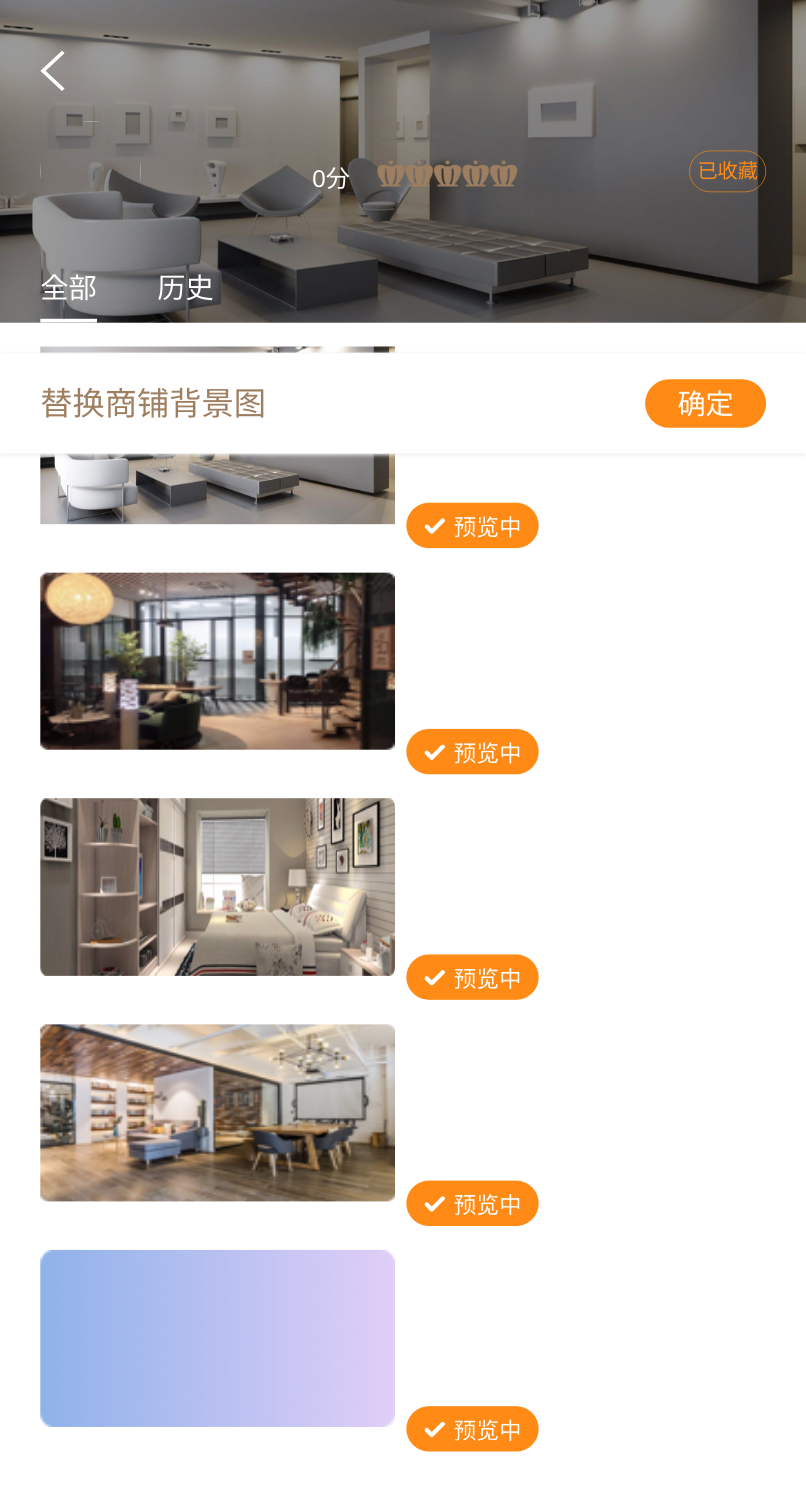
Repository: missing-star/rockBridge
Page: shop-set-bg.html
An editor plug-in stored every save of this project. The page is shown before and after the next save, followed by the edit.
The browser window is 1280 px wide. The pictures show the whole page, at 63% of full size.

Above is the page before, as saved 2019-05-16 18:02:38.

### shop-set-bg.html
<!DOCTYPE html>
<html lang="en">

<head>
    <meta charset="UTF-8">
    <meta name="viewport" content="width=device-width, initial-scale=1.0, user-scalable=no,maximum-scale=1.0">
    <meta http-equiv="X-UA-Compatible" content="ie=edge">
    <meta http-equiv="Expires" content="0">
    <meta http-equiv="Pragma" content="no-cache">
    <meta http-equiv="Cache-control" content="no-cache">
    <meta http-equiv="Cache" content="no-cache">
    <link rel="stylesheet" href="assets/mui/css/mui.min.css?v=1.2.6">
    <link rel="stylesheet" href="css/common.css?v=1.2.6">
    <link rel="stylesheet" href="css/shop-detail.css?v=1.2.6">
    <link rel="stylesheet" href="css/shop-set-bg.css">
    <title>叠石桥</title>
    <!--
        店铺详情
    -->
</head>

<body>
    <div id="app">
        <!--顶部搜索栏-->
        <header class="mui-bar mui-bar-nav" :style="currentBg">
            <div class="bg-black">
                <div class="search-group">
                    <i onclick="goBack()" class="mui-icon mui-icon-arrowleft"></i>
                </div>
                <div class="shop-info">
                    <img :src="shopInfo.images" alt="" class="shop-logo">
                    <div class="shop-title">
                        <p class="shop-name">{{shopInfo.title}}</p>
                        <p class="shop-level">
                            <span class="shop-score">{{score}}分</span>
                            <span class="shop-level-icon">
                                <img v-for="n in score" class="img-level" src="imgs/crown-active.png" alt="">
                                <img class="img-level" v-for="n in (5-score)" src="imgs/crown.png" alt="">
                            </span>
                        </p>
                    </div>
                    <button class="follow active">
                        已收藏
                    </button>
                </div>
                <ul class="tab-list">
                    <li class="tab-item active" data-tab-id="0">全部</li>
                    <li class="tab-item" data-tab-id="1">历史</li>
                </ul>
            </div>
        </header>
        <div class="mui-content">
            <div class="tab-content" :class="{active:showTab == 0}">
                <div @click="previewBg(index)" v-for="index in bgList" :class="{active:currentPreview == index}" class="preview-img-wrapper">
                    <img  :src="getBg(index)" class="preview-item">
                    <img src="imgs/preview.png" class="preview-icon">
                </div>
            </div>
            <div class="tab-content goods" :class="{active:showTab == 1}">
                    <img v-for="index in bgHistory" :src="getBg(index)" class="preview-item">
            </div>
        </div>
        <!-- 联系商家 -->
        <div class="contact-business-wrapper">
            <p class="phone-number-wrapper">
                <span class="phone-number">替换商铺背景图</span>
            </p>
            <a href="javascript:;" @click="changeBg" class="contact-business-btn">确定</a>
        </div>
    </div>
    <script src="assets/vue/vue.min.js?v=1.2.6"></script>
    <script src="assets/jquery/jquery.min.js?v=1.2.6"></script>
    <script src="assets/mui/js/mui.min.js?v=1.2.6"></script>
    <script src="js/common.js?v=1.2.6"></script>
    <script src="js/shop-set-bg.js"></script>
</body>

</html>

### css/common.css
html,
body,
.mui-content {
    font-size: calc(100vw / 20);
    background: #ffffff;
}
*{
    word-break: break-all;
}
div.mui-content {
    padding: 1rem;
}

header.mui-bar.mui-bar-nav {
    background: #ffffff;
    -webkit-box-shadow: none;
            box-shadow: none;
}

nav.mui-bar.mui-bar-tab {
    background: #ffffff;
    -webkit-box-shadow: 0 0 6px 0 rgba(0, 0, 0, 0.15);
            box-shadow: 0 0 6px 0 rgba(0, 0, 0, 0.15);
}

nva.mui-bar-tab span.mui-tab-label {
    color: #9d7e60;
}

.mui-bar-tab .mui-tab-item.mui-active {
    color: #5f4831;
}

img.mui-icon.nav-bar-icon.active {
    display: inline;
}

img.mui-icon.nav-bar-icon {
    display: none;
}

p {
    margin: 0;
}

input[type=color],
input[type=date],
input[type=datetime-local],
input[type=datetime],
input[type=email],
input[type=month],
input[type=number],
input[type=password],
input[type=search],
input[type=tel],
input[type=text],
input[type=time],
input[type=url],
input[type=week],
select,
textarea {
    margin-bottom: 0;
    width: auto;
    height: auto;
    border: none;
    -webkit-box-flex: 1;
        -ms-flex: 1;
            flex: 1;
    font-size: 0.8rem;
}

input::-webkit-input-placeholder {
    color: #c2c2c2;
}

nav.mui-bar.mui-bar-tab a.mui-tab-item {
    -ms-touch-action: none;
        touch-action: none;
    height: 100%;
}

nav.mui-bar.mui-bar-tab {
    height: 3rem;
}

.mui-bar-tab .mui-tab-item .mui-icon {
    top: 3px;
    width: 1.2rem;
    height: 1.2rem;
    padding-top: 0;
    padding-bottom: 0;
    margin-bottom: 0.1rem;
}

.mui-bar-tab .mui-tab-item .mui-icon~.mui-tab-label {
    font-size: 0.5rem;
    line-height: 1rem;
}

.mui-bar-tab~.mui-content {
    padding-top: 2.5rem;
    padding-bottom: 3rem;
}

button.submit {
    background: #9d7e60;
    width: 100%;
    border: none;
    border-radius: 1rem;
    font-size: 1rem;
    line-height: 1rem;
    color: #fff;
    margin-top: 1rem;
    height: 2rem;
}

button.mui-btn.mui-btn-blue.mui-poppicker-btn-ok,
button.mui-btn.mui-btn-blue {
    color: #ff8b16;
    background: transparent;
    border: none;
    font-size: 1rem;
}

.mui-poppicker-header,
.mui-dtpicker-header {
    border-radius: 0.3rem 0.3rem 0 0;
}

button.mui-btn.mui-poppicker-btn-cancel,
.mui-dtpicker-header button {
    color: #aaaaaa;
    border: none;
    background: transparent;
    font-size: 1rem;
}

button.mui-btn.mui-poppicker-btn-cancel>img,
.mui-dtpicker-header button>img {
    width: 1rem;
}

.mui-picker-inner,
.mui-picker {
    background: #fcfcfc;
    -webkit-mask-box-image: none;
    border-radius: 0 0 0.3rem 0.3rem;
}

.mui-poppicker-body {
    border: none;
    border-radius: 0 0 0.3rem 0.3rem;
}

button.mui-btn {
    color: #aaaaaa;
    border-color: #aaaaaa;
}

.mui-dtpicker-header {
    background: #ffffff;
}

.mui-dtpicker-title h5 {
    display: none;
}

span.mui-popup-button.mui-popup-button-bold {
    color: #FF8B16;
}

span.mui-popup-button {
    color: #aaaaaa;
}

[v-cloak] {
    display: none !important;
}

.mui-poppicker.mui-active,
.mui-dtpicker.mui-active {
    margin: 0.5rem;
    width: calc(100% - 1rem);
    border-radius: 0.3rem;
}

.popicker-title,
.dt-popicker-title {
    -webkit-box-flex: 1;
        -ms-flex: 1;
            flex: 1;
    text-align: center;
    font-size: 1rem;
    color: #000000;
}

.mui-poppicker-header,
.mui-dtpicker-header {
    display: -webkit-box;
    display: -ms-flexbox;
    display: flex;
    -webkit-box-align: center;
        -ms-flex-align: center;
            align-items: center;
    -webkit-box-pack: justify;
        -ms-flex-pack: justify;
            justify-content: space-between;
    background: #eeeeee;
}

.mui-pciker-list li {
    color: #b19c88;
}

.mui-pciker-list li.highlight {
    color: #5f4831;
}

.mui-pciker-rule-ft {
    z-index: 2;
    border-top: solid 1px #ced7de;
    border-bottom: solid 1px #ced7de;
}


input::-webkit-outer-spin-button,
input::-webkit-inner-spin-button {

    -webkit-appearance: none !important;
}

input[type="number"] {
    -moz-appearance: textfield;
}
.ellipsis{
    white-space: nowrap;
    overflow: hidden;
    text-overflow: ellipsis;
}
/* 联系商家 */
.contact-business-wrapper {
    position: fixed;
    bottom: 0;
    width: 100%;
    height: 2.5rem;
    background: #FFFFFF;
    border-top: 1px solid #f6f6f6;
    -webkit-box-shadow: 0 2px 6px 0 #EBEBEB;
            box-shadow: 0 2px 6px 0 #EBEBEB;
    display: -webkit-box;
    display: -ms-flexbox;
    display: flex;
    -webkit-box-align: center;
        -ms-flex-align: center;
            align-items: center;
    -webkit-box-pack: justify;
        -ms-flex-pack: justify;
            justify-content: space-between;
    padding: 0 1rem;
}
span.phone-number {
    color: #9e7f62;
    font-size: 0.8rem;
}
a.contact-business-btn {
    background: #ff8a16;
    color: #fff;
    font-size: 0.7rem;
    border-radius: 1rem;
    padding: 0.1rem 0.8rem;
    line-height: 1rem;
}
p.phone-number-wrapper {
    display: -webkit-box;
    display: -ms-flexbox;
    display: flex;
    -webkit-box-align: center;
        -ms-flex-align: center;
            align-items: center;
    -webkit-box-pack: justify;
        -ms-flex-pack: justify;
            justify-content: space-between;
    min-width: 28%;
}
img.phone-icon {
    width: 1rem;
}

### css/shop-detail.css
header.mui-bar.mui-bar-nav {
    height: 8rem;
    background-repeat: no-repeat;
    background-size: cover;
    padding: 0;
}

.mui-bar-nav.mui-bar .mui-icon {
    margin-left: -0.5rem;
    padding: 0;
    font-size: 1.6rem;
    color: #FFFFFF;
}
input.search-input {
    background-image: url(../imgs/search.png);
    background-repeat: no-repeat;
    background-position: 0.5rem;
    background-size: 0.8rem;
    margin: 0;
    margin: 0 1rem;
    -webkit-box-shadow: 0 0 6px 0 rgba(0,0,0,0.15);
            box-shadow: 0 0 6px 0 rgba(0,0,0,0.15);
    border-radius: 1rem;
    padding-left: 1.5rem;
    font-size: 0.8rem;
    height: 100%;
    text-align: center;
}
.notice-container {
    position: relative;
    width: 2.5rem;
    display: -webkit-box;
    display: -ms-flexbox;
    display: flex;
    -webkit-box-align: center;
        -ms-flex-align: center;
            align-items: center;
}

img.notice-icon {
    width: 0.5rem;
}
.search-group {
    width: 100%;
    display: -webkit-box;
    display: -ms-flexbox;
    display: flex;
    -webkit-box-align: center;
        -ms-flex-align: center;
            align-items: center;
    -webkit-box-pack: justify;
        -ms-flex-pack: justify;
            justify-content: space-between;
    height: 1.5rem;
}
.bg-black {
    width: 100%;
    height: 100%;
    background: rgba(0,0,0,0.4);
    padding: 1rem;
    position: relative;
}
.shop-info {
    display: -webkit-box;
    display: -ms-flexbox;
    display: flex;
    -webkit-box-align: center;
        -ms-flex-align: center;
            align-items: center;
    height: 3.5rem;
    -webkit-box-pack: justify;
        -ms-flex-pack: justify;
            justify-content: space-between;
}
img.shop-logo {
    width: 2.5rem;
    height: 2.5rem;
    border-radius: 50%;
}
img.img-level {
    width: 0.7rem;
}
p.shop-name {
    color: #fff;
    font-size: 0.8rem;
    line-height: 0.8rem;
}
p.shop-level {
    color: #fff;
    font-size: 0.6rem;
    margin-top: 0.2rem;
    line-height: 0.6rem;
}
button.follow {
    background: transparent;
    border-radius: 1rem;
    color: #fff;
    font-size: 0.5rem;
    line-height: 0.8rem;
}
span.shop-level-icon {
    margin-left: 0.5rem;
}
ul.tab-list {
    margin: 0;
    padding: 0;
    list-style: none;
    color: #fff;
    display: -webkit-box;
    display: -ms-flexbox;
    display: flex;
    -webkit-box-align: center;
        -ms-flex-align: center;
            align-items: center;
    height: 1.2rem;
    position: absolute;
    bottom: 0;
}
li.tab-item {
    margin-right: 1.5rem;
    position: relative;
    height: 100%;
    line-height: 0.7rem;
    font-size: 0.7rem;
}
li.tab-item.active:after{
    content: '';
    width:100%;
    background: #fff;
    height: 0.1rem;
    position: absolute;
    bottom: 0;
    left: 0;
}
.slider, .slider-business {
    white-space: nowrap;
    overflow: hidden;
    overflow-x: scroll;
}
.slider-business-item {
    display: inline-block;
    width: 5rem;
    border-radius: 6px;
    margin-right: 10px;
    text-align: center;
}
.slider-business::-webkit-scrollbar{
    width: 0;
    height: 0;
}
.slider-business-item img {
    width: 100%;
    border-radius: 6px;
    height: 5rem;
}
p.business-item-title {
    margin-top: 0.5rem;
    font-size: 0.8rem;
    color: #333;
    line-height: 0.8rem;
    margin-bottom: 0.5rem;
}
p.business-item-content {
    font-size: 0.6rem;
    line-height: 0.6rem;
    color:#fb8433;
}
.mui-bar-nav~.mui-content{
    padding-top: 8rem;
}
p.business-top-title,p.class-title {
    font-size: 0.8rem;
    padding: 1rem 0;
    color: #000;
}
div.have-good-goods {
    display: -webkit-box;
    display: -ms-flexbox;
    display: flex;
    -webkit-box-align: center;
        -ms-flex-align: center;
            align-items: center;
    -ms-flex-wrap: wrap;
        flex-wrap: wrap;
    -webkit-box-pack: justify;
        -ms-flex-pack: justify;
            justify-content: space-between;
}
.goods-item {
    width: 48%;
    margin-bottom: 1rem;
}
img.goods-img {
    width: 100%;
    height: calc(48vw - 1rem);
    border-radius: 0.2rem;
}
.goods-info>p:first-child {
    margin: 0.2rem 0;
    font-size: 0.6rem;
    line-height: 0.8rem;
}
.goods-info>p {
    font-size: 0.8rem;
    line-height: 0.8rem;
    display: -webkit-box;
    display: -ms-flexbox;
    display: flex;
    -webkit-box-align: center;
        -ms-flex-align: center;
            align-items: center;
    -webkit-box-pack: justify;
        -ms-flex-pack: justify;
            justify-content: space-between;
}
span.eye-container {
    display: -webkit-inline-box;
    display: -ms-inline-flexbox;
    display: inline-flex;
    -webkit-box-align: center;
        -ms-flex-align: center;
            align-items: center;
}
img.view-num {
    width: 1rem;
    margin-right: 0.2rem;
}
button.reserve {
    background: #9d7e60;
    border: none;
    border-radius: 1rem;
    color: #fff;
    padding: 0 0.3rem;
    font-size: 0.6rem;
    line-height: 1rem;
}
.bottom-line {
    width: 100%;
    color: #aaa;
    font-size: 0.8rem;
    text-align: center;
    height: 2rem;
    margin-bottom: 0.5rem;
}
button.follow.active {
    color: #ff8b16;
    border-color: #ff8b16;
}

/**搜索页样式*/
div.search-page.active{
    -webkit-animation: slideIn 0.2s ease;
            animation: slideIn 0.2s ease;
    -webkit-animation-fill-mode: forwards;
            animation-fill-mode: forwards;
}
@-webkit-keyframes slideIn{
    from{
        left:100%
    }
    to{
        left:0
    }
}
@keyframes slideIn{
    from{
        left:100%
    }
    to{
        left:0
    }
}
div.search-page {
    position: fixed;
    left: 100%;
    top: 0;
    width: 100%;
    height: 100%;
    z-index: 99;
    background: #fff;
}
div.search-page.slide-out{
    -webkit-animation: slideOut 0.2s ease;
            animation: slideOut 0.2s ease;
    -webkit-animation-fill-mode: forwards;
            animation-fill-mode: forwards;
}
@-webkit-keyframes slideOut{
    from{
        left:0
    }
    to{
        left:100%
    }
}
@keyframes slideOut{
    from{
        left:0
    }
    to{
        left:100%
    }
}
div.search-page>header {
    padding: 15px;
    display: -webkit-box;
    display: -ms-flexbox;
    display: flex;
    -webkit-box-align: center;
        -ms-flex-align: center;
            align-items: center;
    -webkit-box-pack: justify;
        -ms-flex-pack: justify;
            justify-content: space-between;
}
img.icon-back {
    width: 0.6rem;
}
span.cancel-search {
    white-space: nowrap;
    color: #333;
    padding: 0.5rem 0;
    font-size: 0.8rem;
}
p.business-detail>span:first-child{
	font-size: 0.8rem;
	line-height: 0.8rem;
    margin-bottom: 0.2rem;
    display: -webkit-box;
    display: -ms-flexbox;
    display: flex;
    -webkit-box-align: center;
        -ms-flex-align: center;
            align-items: center;
}

p.business-detail>span:last-child{
	font-size: 0.6rem;
	line-height: 0.6rem;
}

ul.tab-bar {
    margin: 0;
    list-style: none;
    padding-left: 15px;
}

li.tab-bar-item{
    display: inline-block;
    text-align: center;
    color:#888888;
    font-size: 0.8rem;
    width: 3rem;
    height: 1.5rem;
    position: relative;
    margin-right: 1rem;
    line-height: 0.9rem;
}
li.tab-bar-item.active{
    color:#5e452d;
}
li.tab-bar-item.active:after {
    content: '';
    width: 100%;
    height: 3px;
    position: absolute;
    bottom: 0;
    left: 0;
    background: #5e452d;
}
header.history-header,header.hot-header {
    margin-top: 1rem;
    display: -webkit-box;
    display: -ms-flexbox;
    display: flex;
    -webkit-box-align: center;
        -ms-flex-align: center;
            align-items: center;
    -webkit-box-pack: justify;
        -ms-flex-pack: justify;
            justify-content: space-between;
    padding: 0 15px;
}
p.search-history-title,p.search-hot-title {
    font-size: 0.7rem;
}
img.icon-delete {
    width: 0.8rem;
}
ul.history-list ,ul.hot-list{
    list-style: none;
    margin-top: 1rem;
    padding: 0 15px;
}
li.list-item {
    display: inline-block;
    padding: 0.2rem 1rem;
    background: #f6f6f6;
    border-radius: 100px;
    color:#666666;
    font-size: 0.6rem;
    margin-right: 0.6rem;
    margin-bottom: 0.4rem;
}
.input-group {
    position: relative;
    -webkit-box-flex: 1;
        -ms-flex: 1;
            flex: 1;
    margin: 0 1rem;
    height: 1.5rem;
}
img.clear-icon {
    position: absolute;
    top: 0.3rem;
    right: 0.4rem;
    width: 0.8rem;
}
input.search-page-input {
    height: 100%;
    background: url(../imgs/search.png) no-repeat;
    background-position: 0.2rem;
    background-size: 0.8rem;
    margin: 0;
    -webkit-box-shadow: 0 0 6px 0 rgba(0,0,0,0.15);
            box-shadow: 0 0 6px 0 rgba(0,0,0,0.15);
    border-radius: 1rem;
    padding-left: 1.3rem;
    font-size: 0.6rem;
    width: 100%;
}
p.name {
    color: #333333;
    text-align: center;
    font-size: 0.8rem;
    line-height: 1rem;
}
p.price {
    color: #ff4404;
    text-align: center;
    font-size: 0.6rem;
    line-height: 1rem;
}
.tab-content {
    display: none;
}
.tab-content.active {
    display: block;
}
.tab-content.goods.active {
    padding-top: 1rem;
}
.comments-score {
    display: -webkit-box;
    display: -ms-flexbox;
    display: flex;
    -webkit-box-align: center;
        -ms-flex-align: center;
            align-items: center;
    -webkit-box-pack: justify;
        -ms-flex-pack: justify;
            justify-content: space-between;
}
img.comments-icon {
    width: 0.75rem;
    margin: 0 0.1rem;
}
.score-show,.star-container,.good-percent {
    -webkit-box-shadow: 0px 2px 6px 0px rgba(0,0,0,0.15);
            box-shadow: 0px 2px 6px 0px rgba(0,0,0,0.15);
    display: -webkit-box;
    display: -ms-flexbox;
    display: flex;
    -webkit-box-align: center;
        -ms-flex-align: center;
            align-items: center;
    -webkit-box-pack: center;
        -ms-flex-pack: center;
            justify-content: center;
    -webkit-box-orient: vertical;
    -webkit-box-direction: normal;
        -ms-flex-direction: column;
            flex-direction: column;
    padding: 0.5rem;
    border-radius: 5px;
    min-height: 3.7rem;
}
.score-show>p.score,.good-percent>p.number {
    color: #ff8b16;
    font-size: 1.2rem;
    line-height: 1.2rem;
}
.score-show>p.title,.good-percent>p.title {
    color: #333333;
    font-size: 0.7rem;
    line-height: 1rem;
    margin-top: 0.2rem;
}
p.score-star {
    margin-top: 0.02rem;
}
.star-container {
    -webkit-box-flex: 1;
        -ms-flex: 1;
            flex: 1;
    margin: 0 0.3rem;
}
.star-container>p {
    font-size: 0.7rem;
    color: #333333;
}
img.user-logo {
    width: 2.5rem;
    height: 2.5rem;
    border-radius: 50%;
}
ul.comments-list {
    list-style: none;
    padding: 0;
}
.user-info {
    display: -webkit-box;
    display: -ms-flexbox;
    display: flex;
    -webkit-box-align: center;
        -ms-flex-align: center;
            align-items: center;
    -webkit-box-pack: justify;
        -ms-flex-pack: justify;
            justify-content: space-between;
    border-bottom: 1px solid #eeeeee;
    padding-bottom: 0.2rem;
}
.left-part {
    display: -webkit-box;
    display: -ms-flexbox;
    display: flex;
    -webkit-box-align: center;
        -ms-flex-align: center;
            align-items: center;
    -webkit-box-pack: justify;
        -ms-flex-pack: justify;
            justify-content: space-between;
}
p.user-nickname {
    display: -webkit-box;
    display: -ms-flexbox;
    display: flex;
    -webkit-box-orient: vertical;
    -webkit-box-direction: normal;
        -ms-flex-direction: column;
            flex-direction: column;
    padding-left: 0.5rem;
}
img.like-icon {
    width: 0.6rem;
}
p.like {
    font-size: 0.75rem;
    line-height: 1rem;
    color: #333333;
    display: -webkit-box;
    display: -ms-flexbox;
    display: flex;
    -webkit-box-align: center;
        -ms-flex-align: center;
            align-items: center;
    -webkit-box-pack: end;
        -ms-flex-pack: end;
            justify-content: flex-end;
}
span.username {
    color: #333333;
    font-size: 0.8rem;
    line-height: 1rem;
}
span.score {
    color: #aaaaaa;
    font-size: 0.6rem;
    line-height: 1rem;
}
p.show-date {
    color: #aaaaaa;
    font-size: 0.75rem;
    line-height: 1rem;
}
span.like-num {
    padding-left: 0.2rem;
    padding-top: 0.2rem;
}
.comments-content {
    padding-top: 0.5rem;
    font-size: 0.7rem;
    line-height: 1rem;
    color: #333333;
}
.shop-reply {
    background: #eeeeee;
    font-size: 0.7rem;
    margin-top: 0.5rem;
    line-height: 1rem;
    border-radius: 0.2rem;
    padding: 0.2rem;
    color:#aaaaaa;
}
li.comments-item{
    position: relative;
    margin-bottom: 2rem;
}
li.comments-item:after {
    content: '';
    position: absolute;
    background: #f6f6f6;
    height: 4px;
    width: 100%;
    bottom: -1rem;
}
button.comments-btn {
    position: fixed;
    bottom: 0;
    left: 0;
    width: 100vw;
    font-size: 0.9rem;
    line-height: 1.2rem;
    border: none;
    background: #9d7e60;
    border-radius: 0px;
    color: #ffffff;
    padding: 0.5rem;
}
.show-imgs {
    display: -webkit-box;
    display: -ms-flexbox;
    display: flex;
    -webkit-box-align: center;
        -ms-flex-align: center;
            align-items: center;
    margin-top: 0.5rem;
}
img.show-img-item {
    width: 30%;
    margin: 0 1%;
    height: 5rem;
    border-radius: 0.2rem;
}

### css/shop-set-bg.css
img.preview-item {
    width: 44vw;
    height: 22vw;
    margin: 3vw 0;
}
.tab-content.active {
    display: flex;
    align-items: center;
    justify-content: space-between;
    flex-wrap: wrap;
}

Loaded but not shown: assets/mui/css/mui.min.css (library); assets/vue/vue.min.js (library); assets/jquery/jquery.min.js (library); assets/mui/js/mui.min.js (library); js/common.js (224 lines, source omitted); js/shop-set-bg.js (81 lines, source omitted)

After the next save:
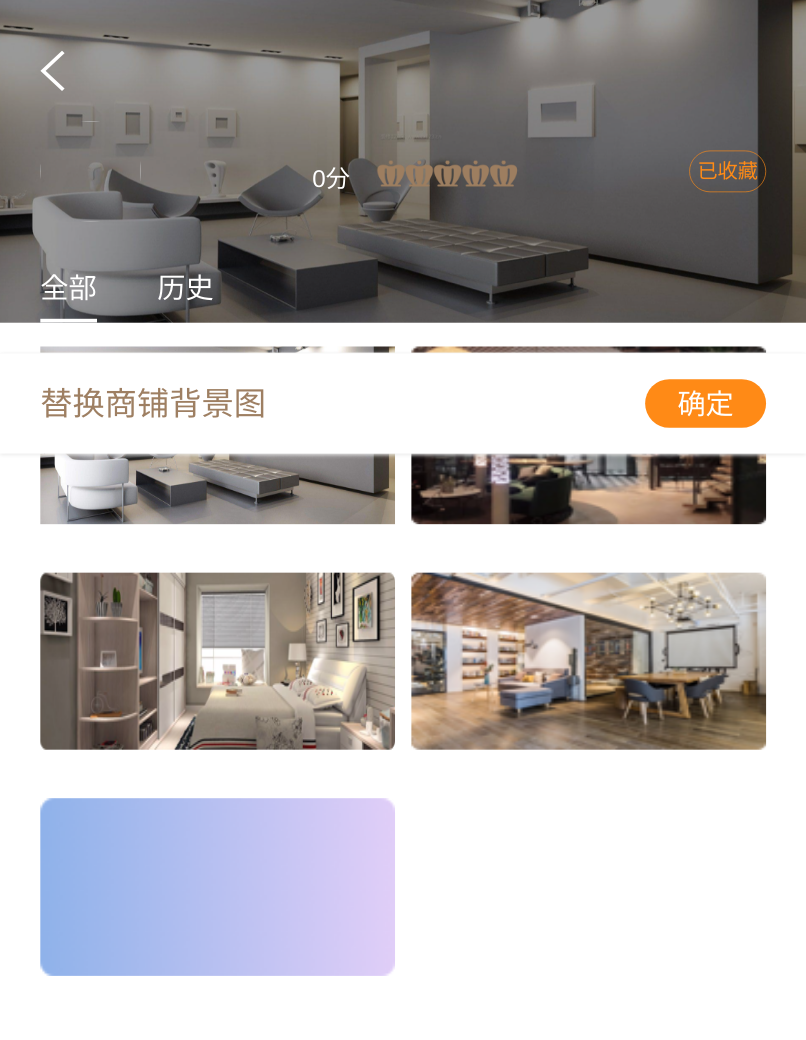
Saved 23 s later.
--- a/shop-set-bg.html
+++ b/shop-set-bg.html
@@ -52,8 +52,8 @@
         <div class="mui-content">
             <div class="tab-content" :class="{active:showTab == 0}">
                 <div @click="previewBg(index)" v-for="index in bgList" :class="{active:currentPreview == index}" class="preview-img-wrapper">
-                    <img  :src="getBg(index)" class="preview-item">
-                    <img src="imgs/preview.png" class="preview-icon">
+                    <img :src="getBg(index)" class="preview-item">
+                    <img v-if="currentPreview == index" src="imgs/preview.png" class="preview-icon">
                 </div>
             </div>
             <div class="tab-content goods" :class="{active:showTab == 1}">
